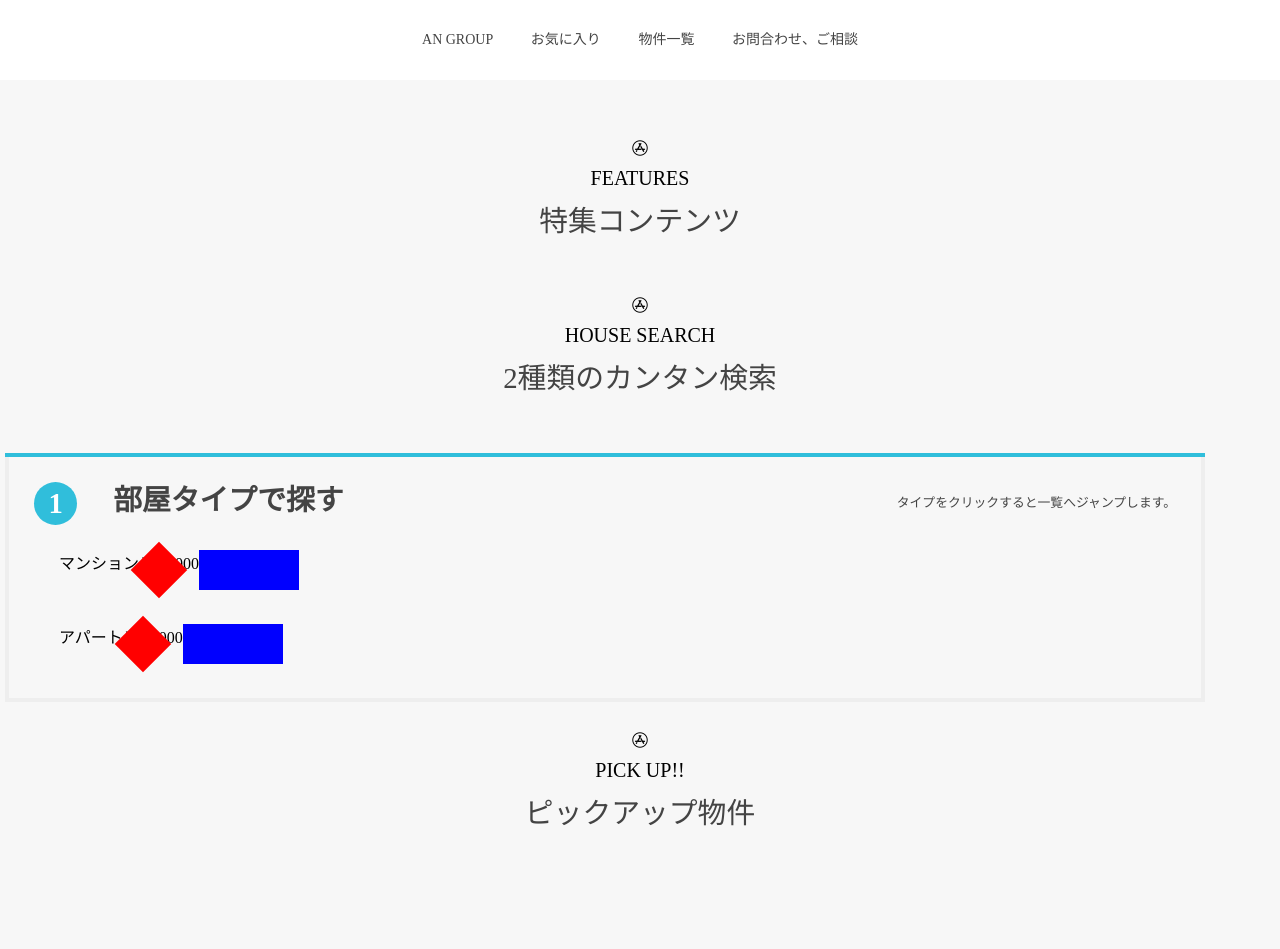
Repository: ninhdavid/real-estate
Page: index.html
The author's editor kept a copy of each file at every save. The page is drawn from the files as they stood at one save, then again after the next save.
The browser window is 1280 px wide. The pictures show the whole page.
Some web libraries are served in a nearby version. The style sheet was rebuilt from its Sass, Less or Tailwind sources for each picture, by a compiler version that may differ from the author's.

Above is the page before, as saved 2022-05-10 21:56:04.

After the next save:
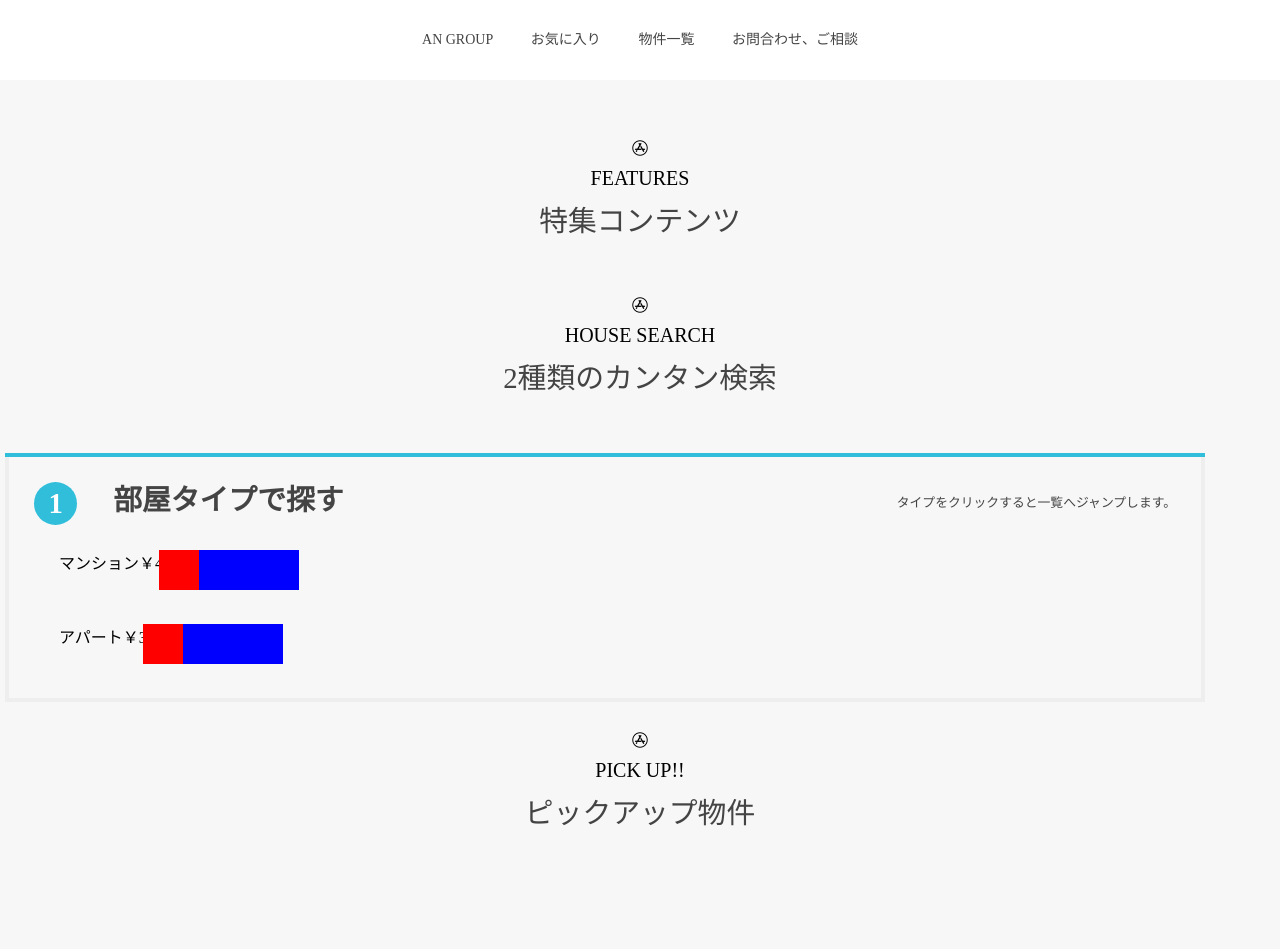
Saved 49 s later.
--- a/css/main.scss
+++ b/css/main.scss
@@ -155,7 +155,7 @@
     width: 40px;
     height:40px;
     transform:rotate(45deg);
-
+    transform: translate(20px,0);
 }
 .list-price:after{
     content:"";
